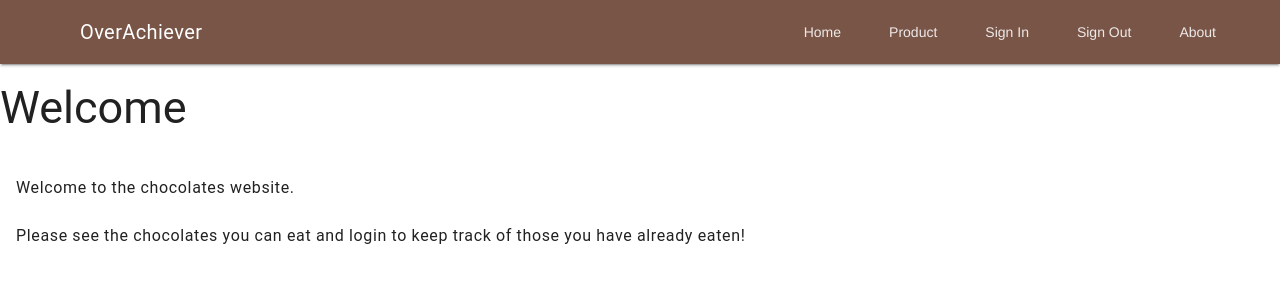
Repository: MotherTeresaHS/ICS3U-2019-Group16
Page: m_home.html
The author's editor kept a record of every edit. The page is drawn from the files as they stood at one moment, then again after the next edit.
The browser window is 1280 px wide. The pictures show the whole page.

Above is the page before.

### m_home.html
<!DOCTYPE html>
<html>
  <head>
    <meta charset="UTF-8">
    <meta name="description" content="AWS Serverless Web App tutorial">
    <meta name="keywords" content="HTML,CSS,XML,JavaScript">
    <meta name="author" content="Trinity Armstrong">
    <meta name="date" content="Jan 2020">
    <meta name="viewport" content="width=device-width, initial-scale=1.0">

    <!--Google's MDL-->
    <link rel="stylesheet" href="https://fonts.googleapis.com/icon?family=Material+Icons">
    <link rel="stylesheet" href="https://code.getmdl.io/1.3.0/material.brown-indigo.min.css" />
    <script defer src="https://code.getmdl.io/1.3.0/material.min.js"></script>

    <title>OverAchiever</title>
  </head>

  <body>
    <!-- Always shows a header, even in smaller screens. -->
    <div class="mdl-layout mdl-js-layout mdl-layout--fixed-header">
      <header class="mdl-layout__header">
        <div class="mdl-layout__header-row">
          <!-- Title -->
          <span class="mdl-layout-title">OverAchiever</span>
          <!-- Add spacer, to align navigation to the right -->
          <div class="mdl-layout-spacer"></div>
          <!-- Navigation. We hide it in small screens. -->
          <nav class="mdl-navigation mdl-layout--large-screen-only">
            <a class="mdl-navigation__link" href="./index.html">Home</a>
            <a class="mdl-navigation__link" href="./products.html">Product</a>
            <a class="mdl-navigation__link" href="./sign-in.html">Sign In</a>
            <a class="mdl-navigation__link" href="./sign-out.html">Sign Out</a>
            <a class="mdl-navigation__link" href="./about.html">About</a>
          </nav>
        </div>
      </header>
      <div class="mdl-layout__drawer">
        <span class="mdl-layout-title">Chocolates</span>
        <nav class="mdl-navigation">
          <a class="mdl-navigation__link" href="./index.html">Home</a>
          <a class="mdl-navigation__link" href="./products.html">Product</a>
          <a class="mdl-navigation__link" href="./sign-in.html">Sign In</a>
          <a class="mdl-navigation__link" href="./sign-out.html">Sign Out</a>
          <a class="mdl-navigation__link" href="./about.html">About</a>
        </nav>
      </div>
      <main class="mdl-layout__content">
        <div class="page-content"><!-- Your content goes here --></div>
      </main>
    </div>

    <!--Get below the nav menu at the top-->
    <br><br><br>

		<div class="container">
      <div>
        <h2>Welcome</h2>
        <div id='home'>
          <p></p>
        </div>
      </div>
		</div>

		<div class="container">
		  <ul class="demo-list-item mdl-list">
        <li class="mdl-list__item">
          <span class="mdl-list__item-primary-content">
            Welcome to the chocolates website.
          </span>
        </li>
        <li class="mdl-list__item">
          <span class="mdl-list__item-primary-content">
            Please see the chocolates you can eat and login to keep track of those you have already eaten!
          </span>
        </li>
      </ul>
    </div>

  </body>

</html>

After the next edit:
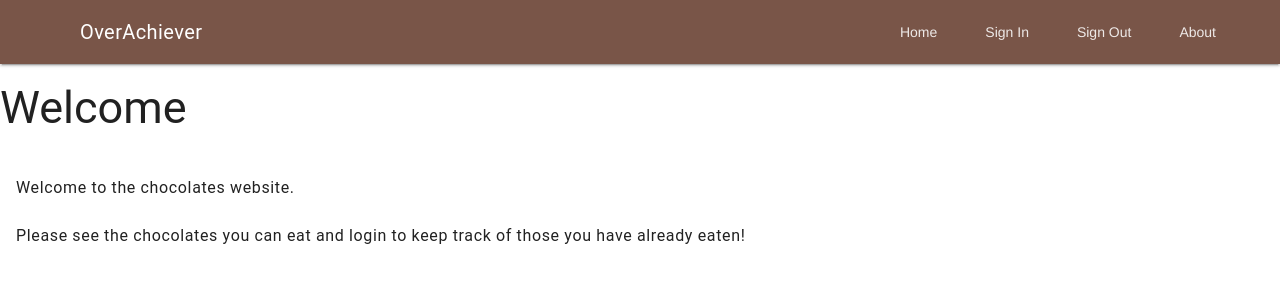
The edit:
--- a/m_home.html
+++ b/m_home.html
@@ -28,7 +28,6 @@
           <!-- Navigation. We hide it in small screens. -->
           <nav class="mdl-navigation mdl-layout--large-screen-only">
             <a class="mdl-navigation__link" href="./index.html">Home</a>
-            <a class="mdl-navigation__link" href="./products.html">Product</a>
             <a class="mdl-navigation__link" href="./sign-in.html">Sign In</a>
             <a class="mdl-navigation__link" href="./sign-out.html">Sign Out</a>
             <a class="mdl-navigation__link" href="./about.html">About</a>
